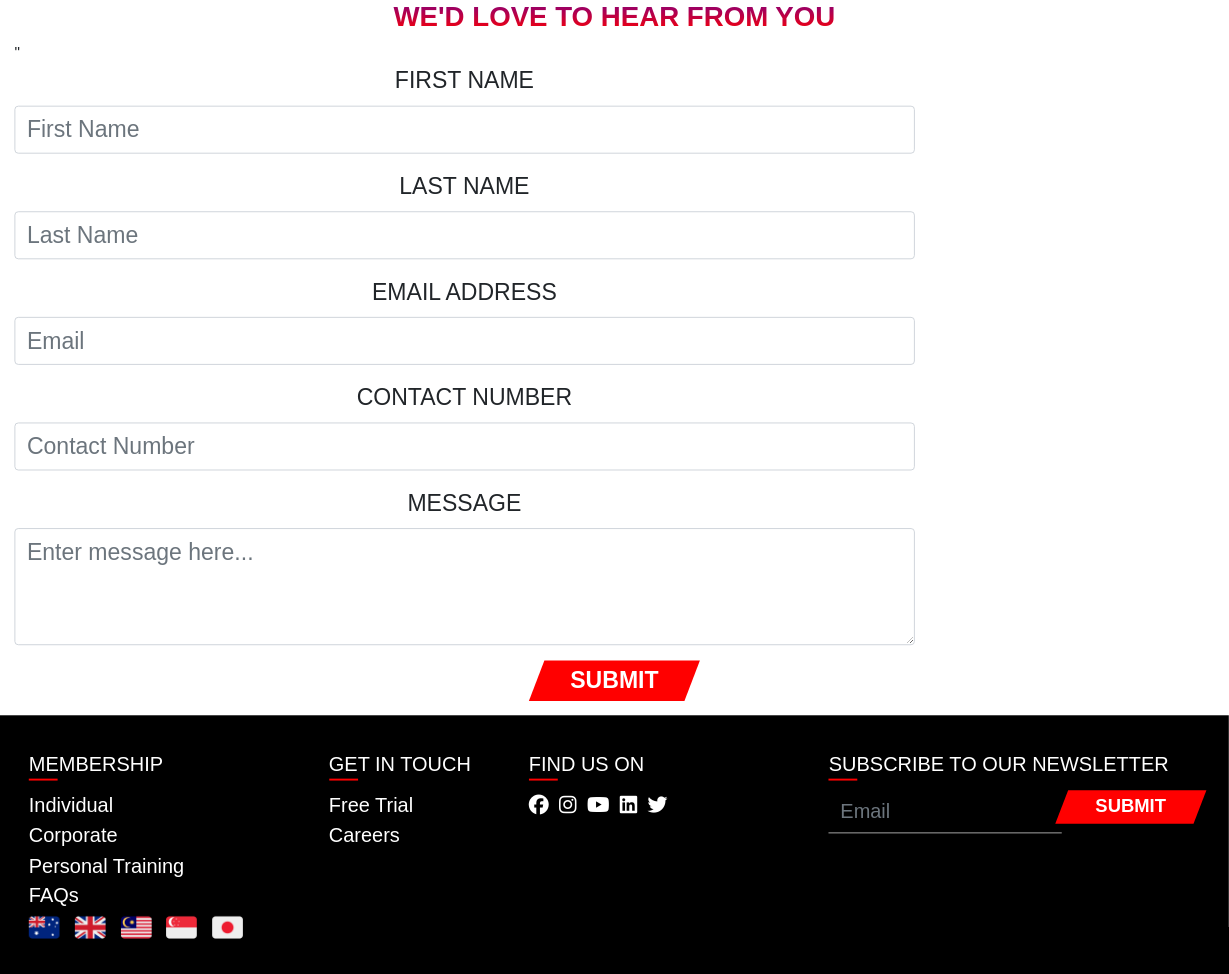
Repository: KJY93/User_Centric_Frontend_Development_Project
Page: contact.html
The author's editor kept a record of every edit. The page is drawn from the files as they stood at one moment, then again after the next edit.
The browser window is 1280 px wide. The pictures show the part of the page from y = 623 to 1638 px (the page is 1638 px tall before and 1614 px after), at 96% of full size.
Some web fonts or font styles are not loaded; a fallback is used. Some web libraries are served in a nearby version.

Above is the page before.

After the next edit:
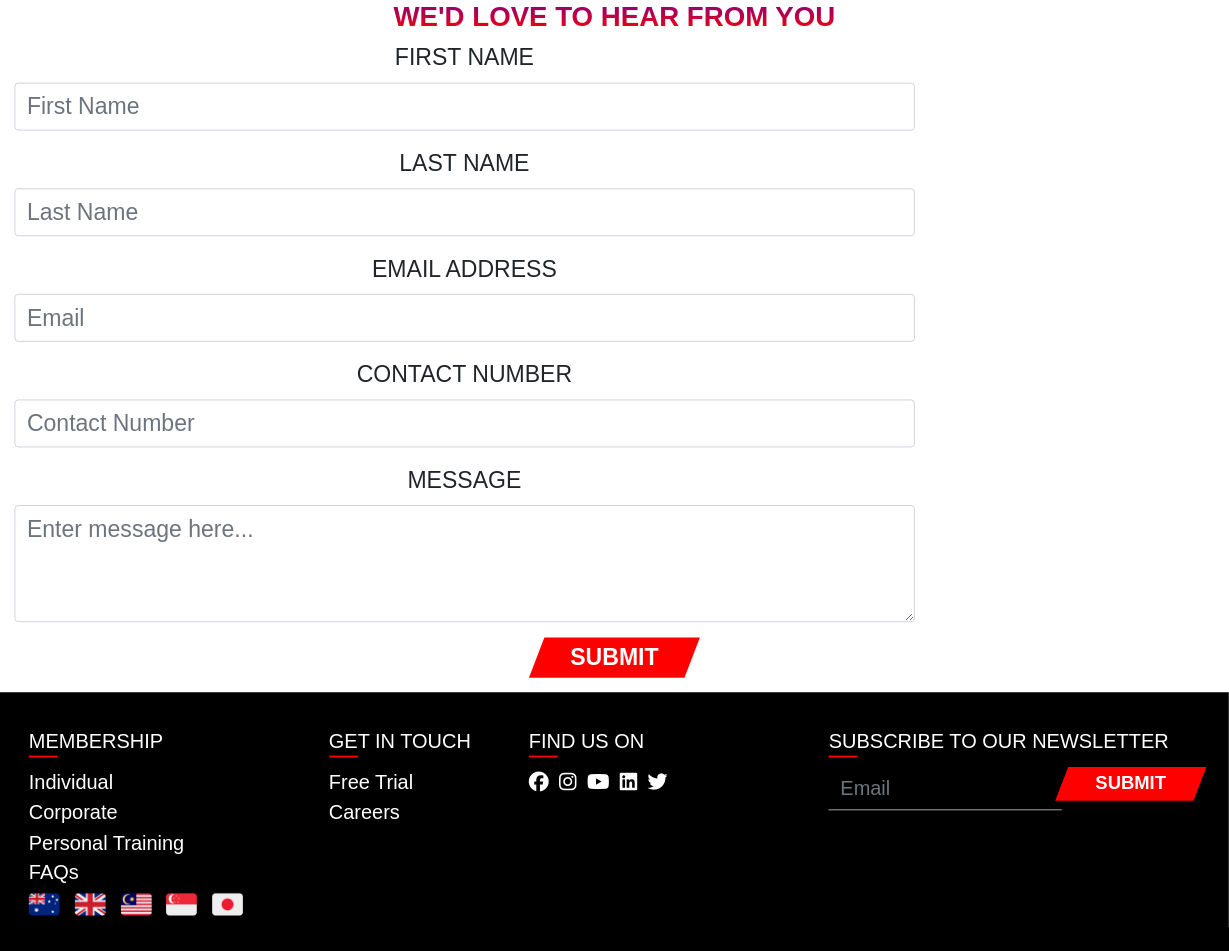
The edit:
--- a/contact.html
+++ b/contact.html
@@ -60,12 +60,13 @@
 				<h1 class="club-header contact-us"><strong>WE'D LOVE TO HEAR FROM YOU</strong></h1>
 			</div>
 
-			<div class="container-fluid">   "
-
+			<div class="container-fluid">
                 <form method="post" action="">
                     <div class="form-group w-75">
-                        <div class="form-attribute"><label for="firstname">FIRST NAME</label></div>
-                        <input type="text" class="form-control form-placeholder" id="firstname" placeholder="First Name">
+                    	<div>
+                        	<div class="form-attribute"><label for="firstname">FIRST NAME</label></div>
+                        	<input type="text" class="form-control form-placeholder" id="firstname" placeholder="First Name">
+                    	</div>
                     </div>
 
                     <div class="form-group w-75">
